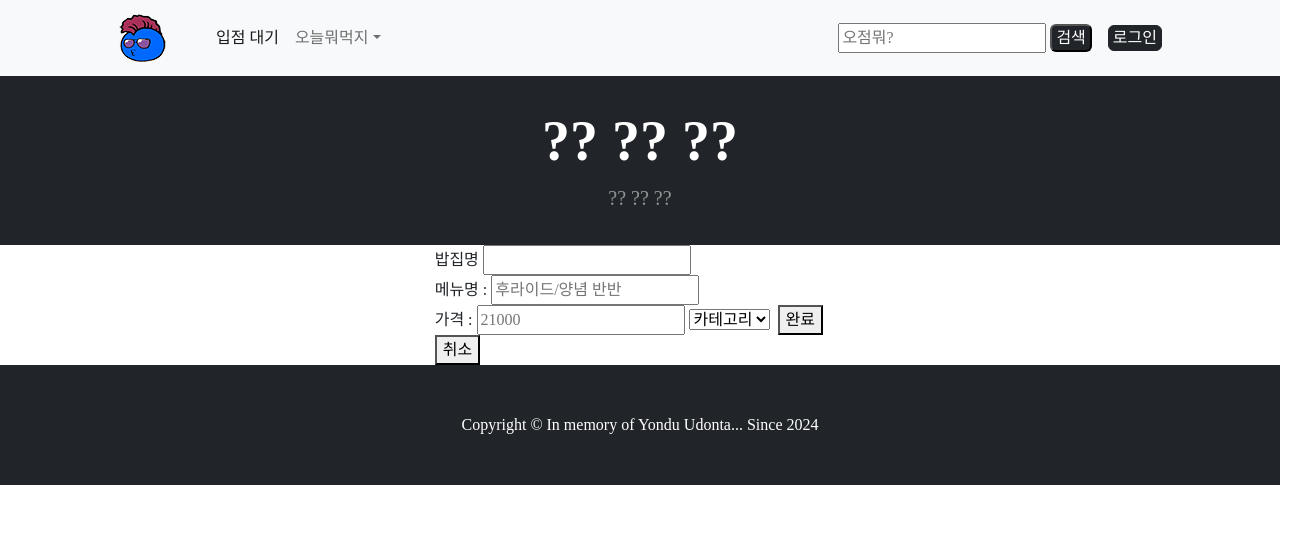
Repository: ashwan94/ydzone
Page: http://localhost/YonduZone/WEB-INF/views/menu/add.jsp
These files come from the project's save history. The page is drawn as it stood at one moment and after the next save; the edit follows.
The browser window is 1280 px wide. The page is 1292 px wide, so the pictures cover 1292 px, including what lies to the right of the window. The pictures show the whole page.
Some web fonts or font styles are not loaded; a fallback is used. The page is served by Tomcat 9. Nobody is signed in. Other server files are loaded and not shown. The template is opened directly, without the code that normally fills it, so the values that code supplies are empty.

Above is the page before, as saved 2024-04-28 14:17:33.
Console error: SyntaxError: Identifier 'priceEl' has already been declared

### YonduZone/src/main/webapp/WEB-INF/views/menu/add.jsp
<%@ page language="java" contentType="text/html; charset=UTF-8"
    pageEncoding="UTF-8"%>
<jsp:include page="/WEB-INF/views/common/header.jsp">
<jsp:param value="메뉴 정보 입력" name="title"/>
<jsp:param value="메뉴 정보 입력" name="center"/>
<jsp:param value="대표 메뉴 입력" name="content"/>
</jsp:include>
<div class="row">
<div class="col-4"></div>
<div class="col-4">
<form action="/menu/add" method="post" id="form">
	<label>
	<div>
		밥집명
		<input type="text" readonly name="restaurantName" value="${newRstInfo.restaurantName }">
	</div>
	</label>
	<label>
		메뉴명 : <input type="text" name="menuName" placeholder="후라이드/양념 반반">
	</label>
	<label>
		가격 : <input type="number" name="price" placeholder="21000">
	</label>
	<label>
		<select type="text" name="category">
			<option>카테고리</option>
			<option value="밥">밥</option>
			<option value="국/찌개">국/찌개</option>
			<option value="면/분식">면/분식</option>
			<option value="야식">야식</option>
		</select>
	</label>
	<label>
		<input type="hidden" name="${newRstInfo.no }">
	</label>
	<button id="btn">완료</button>
	<button type="button" onclick="/main">취소</button>
</form>
<div class="col-4"></div>
</div>
</div>
<script>
	const btn = document.querySelector("#btn");
	const menuEl = document.querySelector("[name='menuName']");
	const priceEl = document.querySelector("[name='price']");

	btn.addEventListener("click", function(e) {
		e.preventDefault();

		if(rstName.value == "") {
			alert("상호명을 입력하세요.");
			rstName.focus();

		}else{
			if(imgEl.value == "") {
				alert("이미지를 최소 1개 이상 업로드하세요");
				imgEl.focus();
			}else{
				const form = document.querySelector("#form");
				form.submit();
			}
		}
	})
</script>
<jsp:include page="/WEB-INF/views/common/footer.jsp"/>

### YonduZone/src/main/webapp/WEB-INF/views/common/header.jsp
<%@ page language="java" contentType="text/html; charset=UTF-8"
	pageEncoding="UTF-8"%>
<%@ taglib prefix="c" uri="http://java.sun.com/jsp/jstl/core"%>
<!DOCTYPE html>
<html lang="en">
<head>
<meta charset="UTF-8">
<meta name="viewport"
	content="width=device-width, initial-scale=1, shrink-to-fit=no" />
<meta name="description" content="" />
<meta name="author" content="" />
<!-- Favicon-->
<link rel="icon" type="image/x-icon" href="assets/favicon.ico" />
<!-- Bootstrap icons-->
<link
	href="https://cdn.jsdelivr.net/npm/bootstrap-icons@1.5.0/font/bootstrap-icons.css"
	rel="stylesheet" />
<!-- Core theme CSS (includes Bootstrap)-->
<link href="/Bootstrap/css/styles.css" rel="stylesheet" />
<title>${param.title }</title>
<style>
	a{
		text-decoration:none;
		color:black;
	}
	a:hover{
		color:rgb(57, 151, 255);
	}

	@font-face {
    font-family: 'SUIT-Regular';
    src: url('https://cdn.jsdelivr.net/gh/projectnoonnu/noonfonts_suit@1.0/SUIT-Regular.woff2') format('woff2');
    font-weight: normal;
    font-style: normal;
	}

	* {
		font-family: 'SUIT-Regular';
	}
</style>

</head>
<body>
	<header>
		<nav class="navbar navbar-expand-lg navbar-light bg-light">
			<div class="container px-4 px-lg-5">
				<a class="navbar-brand" href="/main"><img src="${pageContext.request.contextPath }/Source/header/logo/main_logo.png" alt="Welcome to YouduZone!"></a>
				<button class="navbar-toggler" type="button" data-bs-toggle="collapse" data-bs-target="#navbarSupportedContent" aria-controls="navbarSupportedContent" aria-expanded="false" aria-label="Toggle navigation">
					<span class="navbar-toggler-icon"></span>
				</button>
				<div class="collapse navbar-collapse" id="navbarSupportedContent">
					<ul class="navbar-nav me-auto mb-2 mb-lg-0 ms-lg-4">
						<li class="nav-item">
							<a class="nav-link active" aria-current="page" href="/restaurant/stanby?userNo=${sessionScope.user.no }" data-value="${sessionScope.user.no }" id="stanbyRestaurant">입점 대기</a>
						</li>
						<li class="nav-item dropdown">
                            <a class="nav-link dropdown-toggle" id="navbarDropdown" href="#" role="button" data-bs-toggle="dropdown" aria-expanded="false">오늘뭐먹지</a>
                            <ul class="dropdown-menu text-center" aria-labelledby="navbarDropdown">
                                <li><a class="dropdown-item" href="/restaurant/category?category=밥">밥</a></li>
                                <li><a class="dropdown-item" href="/restaurant/category?category=국/찌개">국/찌개</a></li>
                                <li><a class="dropdown-item" href="/restaurant/category?category=면/분식">면/분식</a></li>
                                <li><a class="dropdown-item" href="/restaurant/category?category=야식">야식</a></li>
                            </ul>
                        </li>
					</ul>

					<form action="/restaurant/search" method="get" class="d-flex">
						<label>
							<input type="text" name="searchWord" placeholder="오점뭐?" id="searchBar">
							<button type="submit" class="badge bg-dark text-white fs-6 rounded-25 p-1 fw-normal me-3">검색</button>
						</label>
					</form>
					<c:choose>
						<c:when test="${not empty sessionScope.user }">
							<a href="/restaurant/add" class="badge d-flex bg-dark text-white mx-2 p-1 rounded-25 fs-6 fw-normal">밥집 추가</a>
							<a href="/user/view"><span class="badge bg-dark text-white p-1 rounded-25 fs-6 fw-normal me-2">${sessionScope.user.nickName } 님</span></a>
							<form action="/logout" method="get">
								<button type="submit" class="d-flex badge bg-dark text-white p-1 rounded-25 fs-6 fw-normal">로그아웃</button>
							</form>
						</c:when>
						<c:otherwise>
							<form action="/login" method="get" class="d-flex">
								<button type="submit" class="badge btn btn-outline-dark bg-dark text-white p-1 rounded-25 fs-6 fw-normal">로그인</button>
							</form>
							<input type="hidden" id="loginCheck" value="${empty sessionScope.user }">
						</c:otherwise>
					</c:choose>
				</div>
			</div>
		</nav>
		<div class="container-fluid bg-dark p-3">
			<div class="text-center text-white my-3">
				<h1 class="display-4 fw-bolder">${param.center }</h1>
				<p class="lead fw-normal text-white-50 mb-0">${param.content }</p>
			</div>
		</div>
	</header>

### YonduZone/src/main/webapp/WEB-INF/views/common/footer.jsp
<%@ page language="java" contentType="text/html; charset=UTF-8"
	pageEncoding="UTF-8"%>
<footer class="py-5 bg-dark">
<div class="container">
	<p class="m-0 text-center text-white">Copyright &copy; In memory of Yondu Udonta... Since 2024</p>
</div>
</footer>
<!-- Bootstrap core JS-->
<script src="https://cdn.jsdelivr.net/npm/bootstrap@5.3.3/dist/js/bootstrap.bundle.min.js"></script>
<!-- Core theme JS-->
<script src="/Bootstrap/js/scripts.js"></script>
<script>
	const priceEl = document.querySelectorAll(".price");

	priceEl.forEach(el => {
		if(el == null) {
			console.log("There are no any price elements");
		} else{
			el.innerText = parseInt(el.innerText).toLocaleString() + "원";
		}
	})

	/* const searchBar = document.querySelector("#searchBar");
	searchBar.select(); */

	const loginCheck = document.querySelector("#loginCheck");
	const stanbyRestaurant = document.querySelector("#stanbyRestaurant");

	stanbyRestaurant.addEventListener("click", function(e) {
		e.preventDefault();

		if(loginCheck) {
			alert("로그인 이후 이용 가능합니다.");
			location.href = "/login";
		}else{
			location.href = "/restaurant/stanby?userNo=" + stanbyRestaurant.getAttribute("data-value");
		}
	})
</script>
</body>
</html>

Loaded but not shown: YonduZone/src/main/webapp/Bootstrap/css/styles.css (library); YonduZone/src/main/webapp/Bootstrap/js/scripts.js (common file)

After the next save:
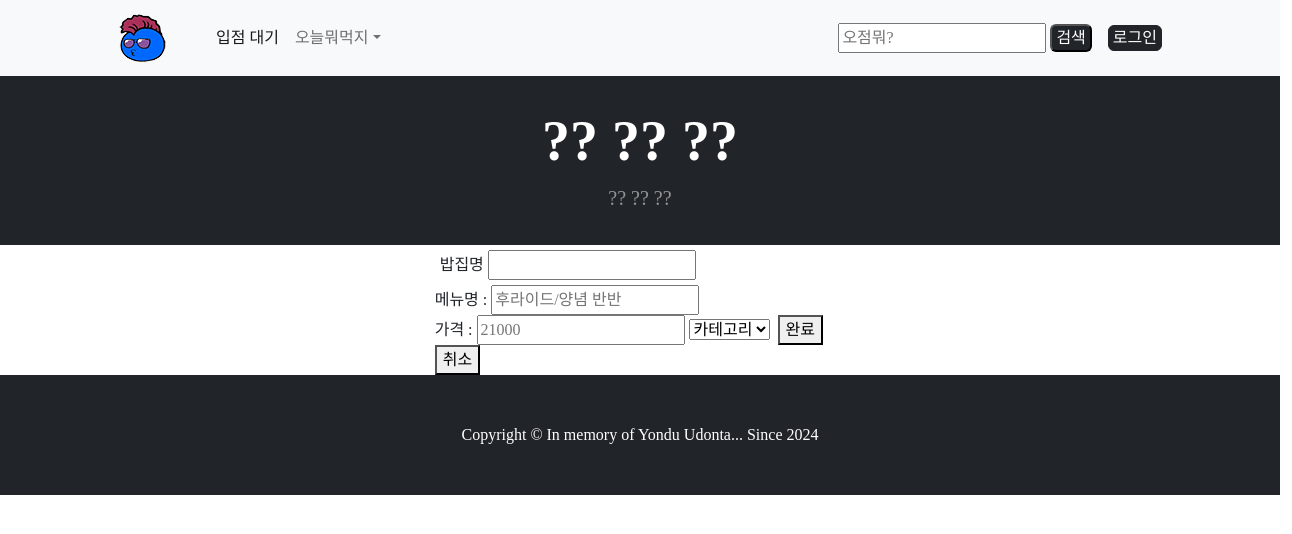
Saved 35 s later.
--- a/YonduZone/src/main/webapp/WEB-INF/views/menu/add.jsp
+++ b/YonduZone/src/main/webapp/WEB-INF/views/menu/add.jsp
@@ -5,6 +5,11 @@
 <jsp:param value="메뉴 정보 입력" name="center"/>
 <jsp:param value="대표 메뉴 입력" name="content"/>
 </jsp:include>
+<style>
+	#form div{
+		margin:5px;
+	}
+</style>
 <div class="row">
 <div class="col-4"></div>
 <div class="col-4">
